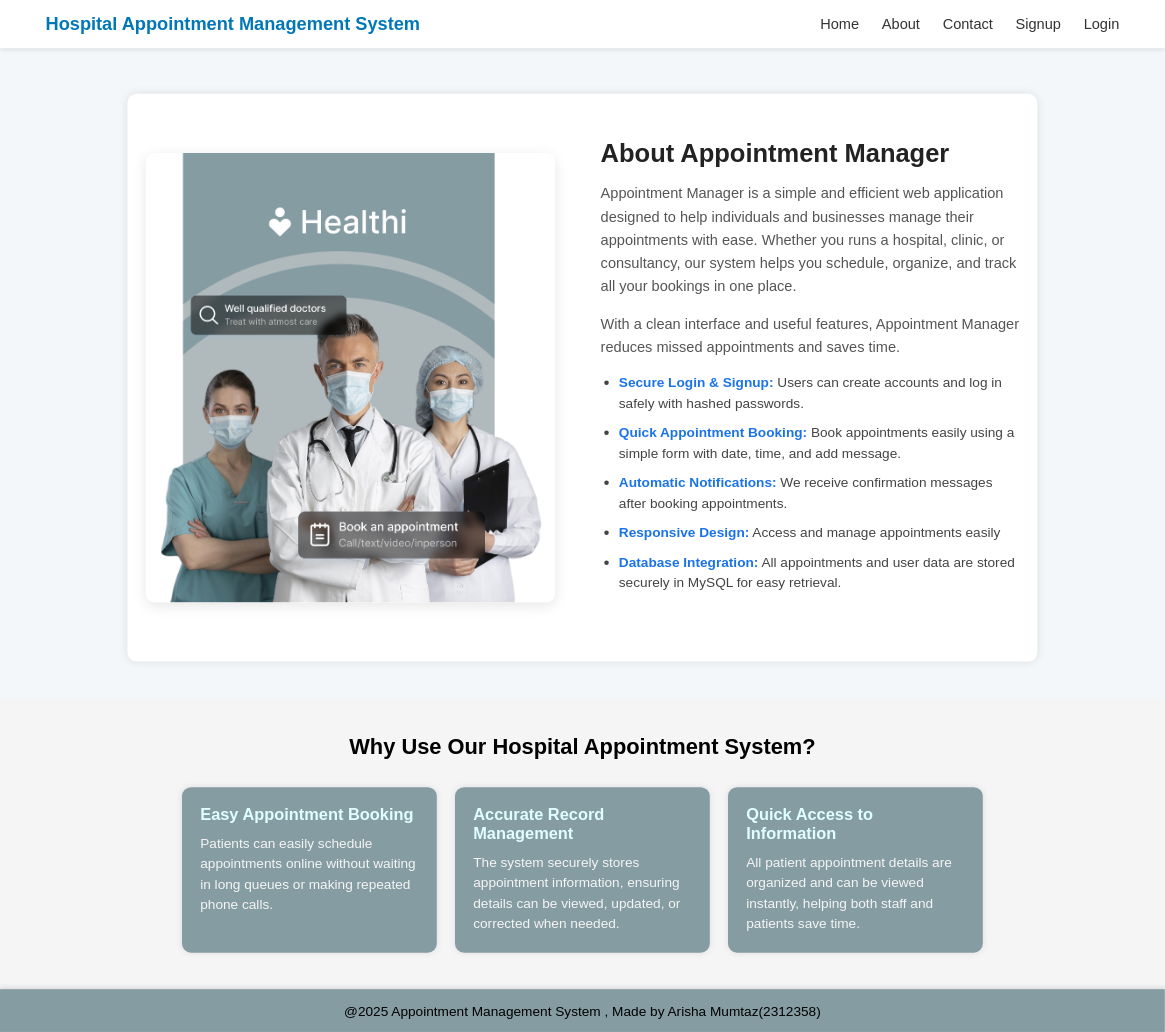
Repository: Arisha004/hospital-management-midterm-
Page: about.html
These files come from the project's save history. The page is drawn as it stood at one moment and after the next save; the edit follows.
The browser window is 1280 px wide. The pictures show the whole page, at 91% of full size.

Above is the page before, as saved 2025-11-02 19:15:39.

### about.html
<html>
<head>
    <title>Document</title>
    <link rel="stylesheet" href="style.css">
    <style>
      body{
        background-color: #f4f7fa;
        font-family: Arial, sans-serif;
        color: #333;
      }
      .navbar{
        margin-bottom: 50px;
      }
.about-cards {
  text-align: center;
  padding: 40px 20px;
  background-color: #f5f5f5;
}

.about-cards h3 {
  font-size: 24px;
  margin-bottom: 30px;
  color: black;
}

.card-container {
  display: flex;
  flex-wrap: wrap;
  justify-content: center;
  gap: 20px;
}

.card {
  background-color: #869CA3;
  width: 280px;
  padding: 20px;
  border-radius: 10px;
  box-shadow: 0 0 8px rgba(0,0,0,0.1);
  text-align: left;
}


.card h4 {
  font-size: 18px;
  margin-bottom: 10px;
  color: lightcyan;
}

.card p {
  font-size: 15px;
  color: whitesmoke;
  line-height: 1.5;
}

      </style>
</head>
<body>
      <header class="navbar">
    <div class="logo">Hospital Appointment Management System</div>
    <nav>
      <ul>
        <li><a href="landingpage.html">Home</a></li>
        <li><a href="about.html">About</a></li>
        <li><a href="contact.html">Contact</a></li>
          <li><a href="signup.php">Signup</a></li>
        <li><a href="login.php">Login</a></li>
      </ul>
    </nav>
  </header>
<div class="container about-inner">
  <div class="about-image">
    <img src="images/pic1.png" alt="About Appointment Manager">
  </div>

  <div class="about-content">
    <h2>About Appointment Manager</h2>
    <p>
      Appointment Manager is a simple and efficient web application designed to help individuals and businesses
      manage their appointments with ease. Whether you runs a hospital, clinic, or consultancy, our system
      helps you schedule, organize, and track all your bookings in one place.
    </p>
    <p>
      With a clean interface and useful features, Appointment Manager reduces missed appointments and saves time.
    </p>
    <ul class="features">
      <li><strong>Secure Login & Signup:</strong> Users can create accounts and log in safely with hashed passwords.</li>
<li><strong>Quick Appointment Booking:</strong> Book appointments easily using a simple form with date, time, and add message.</li>
<li><strong>Automatic Notifications:</strong> We receive confirmation messages after booking appointments.</li>
<li><strong>Responsive Design:</strong> Access and manage appointments easily</li>
<li><strong>Database Integration:</strong> All appointments and user data are stored securely in MySQL for easy retrieval.</li>

       </ul>
  </div>
  </div>

 <section class="about-cards">
  <h3>Why Use Our Hospital Appointment System?</h3>
  <div class="card-container">

    <div class="card">
      <h4>Easy Appointment Booking</h4>
      <p>Patients can easily schedule appointments online without waiting in long queues or making repeated phone calls.</p>
    </div>

    <div class="card">
      <h4>Accurate Record Management</h4>
      <p>The system securely stores appointment information, ensuring details can be viewed, updated, or corrected when needed.</p>
    </div>

    <div class="card">
      <h4>Quick Access to Information</h4>
      <p>All patient appointment details are organized and can be viewed instantly, helping both staff and patients save time.</p>
    </div>

  </div>
</section>



<footer>
    <p>  @2025 Appointment Management System , Made by Arisha Mumtaz(2312358)</p>
  </footer>
</body>
</html>

### style.css
/* Reset and fonts */
* {
  margin: 0;
  padding: 0;
  box-sizing: border-box; /*the content width shrinks automatically to fit inside the 200px along with padding and border.*/
  font-family: 'Poppins', sans-serif;
}
/*Keep my element width exactly what I say. If I add padding or border,
 shrink the content to fit inside.”*/

body {
  background: #869CA3;
  color: #333;
}
/* About Section */
.about {
  background-color: #f9f9f9;
  padding: 80px 0;
}

.about-inner {
  width: 85%;
  max-width: 1100px;
  margin: 0 auto;
  display: flex;
  align-items: center;
  justify-content: space-between;
  gap: 50px;
  flex-wrap: wrap; /* makes it responsive */
}

.about-image img {
  width: 100%;
  max-width: 450px;
  border-radius: 10px;
  box-shadow: 0 4px 15px rgba(0,0,0,0.1);
}

.about-content {
  flex: 1;
  min-width: 300px;
}

.about-content h2 {
  font-size: 28px;
  color: #1a73e8;
  margin-bottom: 15px;
}

.about-content p {
  font-size: 16px;
  color: #555;
  line-height: 1.6;
  margin-bottom: 20px;
}

.features {
  list-style: none;
  padding: 0;
  margin-bottom: 25px;
}

.features li {
  margin-bottom: 10px;
  color: #444;
  font-size: 15px;
  line-height: 1.5;
}

.features strong {
  color: #1a73e8;
}


/* Contact Section */
.contact {
  background-color: #f5f9ff;
  padding: 80px 0;
}

.contact-inner {
  width: 85%;
  max-width: 600px;
  margin: 0 auto;
  text-align: center;
}

.contact h2 {
  font-size: 28px;
  color: #1a73e8;
  margin-bottom: 10px;
}

.contact p {
  color: #555;
  margin-bottom: 30px;
  font-size: 15px;
  line-height: 1.6;
}

.contact-form {
  background-color: #fff;
  padding: 35px 40px;
  border-radius: 12px;
  box-shadow: 0 4px 15px rgba(0,0,0,0.08);
  text-align: left;
}

.form-group {
  margin-bottom: 18px;
}

label {
  display: block;
  font-weight: 500;
  margin-bottom: 6px;
  color: #333;
}

label span {
  color: red;
}

input, textarea {
  width: 100%;
  padding: 10px 12px;
  border: 1px solid #ccc;
  border-radius: 6px;
  font-size: 14px;
  outline: none;
  transition: border-color 0.3s ease;
}

input:focus, textarea:focus {
  border-color: #1a73e8;
  box-shadow: 0 0 5px rgba(26,115,232,0.3);
}


.contact-form .btn {
  display: inline-block;
  background-color: #869CA3;
  color: #fff;
  padding: 10px 22px;
  border: none;
  border-radius: 6px;
  cursor: pointer;
  font-weight: 500;

  margin-left: 130px;
  transition: 0.3s;
   text-align: center;
}

.contact-form .btn:hover {
  background-color: #7498a3;
}

/* Navbar */
.navbar {
  display: flex;
  justify-content: space-between;
  align-items: center;
  padding: 15px 50px;
  background: #fff;
  box-shadow: 0 2px 5px rgba(0,0,0,0.1);
  position: sticky;
  top: 0;
  z-index: 10;
}

.navbar .logo {
  font-weight: 700;
  font-size: 20px;
  color: #0077b6;
}

.navbar ul {
  display: flex;
  list-style: none;
}

.navbar ul li a {
  text-decoration: none;
  color: #333;
  margin-left: 25px;
}

.navbar ul li a:hover {
  color: #0077b6;
}

/* Split Landing Section */
.landing {
  display: flex; /*makes .landing a flex container.*/
  height: 100vh;
}


  button{

  display: inline-block;
  background-color: #869CA3;
  color: #fff;
  padding: 10px 22px;
  border: none;
  border-radius: 6px;
  cursor: pointer;
  font-weight: 500;

   text-align: center;
}

button:hover {
  background-color: #7498a3;
  transform: translateY(-2px);
}
/* Left Text Section */
.landing .left {
  flex: 1;
  width: 50%;
  display: flex;
  flex-direction: column; /*flex-direction: column; → children stack vertically.*/
  justify-content: center;
  padding: 0 70px; /*adds 70px space on left and right (inner spacing).*/
  background: #fefefe;
}


.landing .left h1 {
  font-size: 30px;
  color: #023e8a;
  margin-bottom: 20px;
}

.landing .left p {
  font-size: 20px;
  color: #555;
  margin-bottom: 30px;
  line-height: 1.6;
}

.btn {
  background: #869CA3;
  color: #fff;
  padding: 12px 25px;
  border-radius: 30px;
  text-decoration: none;
  font-weight: 300;
  transition: 0.3s;
  width: 300px;
}

.btn:hover {
  background: #7498a3;
}

/* Right Image Section */
.landing .right {
  flex: 1.5;
  background:url(images/pic1.png);
  background-repeat: no-repeat;
  background-size: cover;
  position: relative;
}





.form1-container {
  width: 520px;
  margin: 80px auto;
  background: white;
  padding: 20px;
  border-radius: 8px;
  box-shadow: 0 0 5px gray; /*box-shadow: horizontal-offset vertical-offset blur-radius color;*/
/*his shadow is directly behind the element, slightly blurred (5px), and gray in color. No shifting horizontally or vertically*/
}

.form1-container h2 {
  text-align: center;
  color: #333;
}

.form1-container label {
  display: block;
  margin-top: 10px;
  color: #555;
}

.form1-container input {
  width: 100%;
  padding: 8px;
  margin-top: 5px;
  border: 1px solid #ccc;
  border-radius: 4px;
}

.form1-container button {
  width: 100%;
  margin-top: 15px;
  padding: 10px;
  background: #869CA3;
  border: none;
  color: white;
  border-radius: 4px;
  cursor: pointer;
}

.form1-container button:hover {
  background: #7498a3;
}

.form1-container p {
  text-align: center;
  margin-top: 10px;
}

.success {
  text-align: center;
  background: #d4edda;
  color: #155724;
  padding: 8px;
  border-radius: 5px;
  margin: 10px auto;
  width: 320px;
}

.error {
  text-align: center;
  background: #f8d7da;
  color: #721c24;
  padding: 8px;
  border-radius: 5px;
  margin: 10px auto;
  width: 320px;
}

/* Footer */
footer {
  text-align: center;
  padding: 15px;
 background-color:#869CA3;
        color: black;
  box-shadow: 0 -2px 5px rgba(0,0,0,0.1);
  font-size: 15px;

}

/* --- About Section --- */
.container.about-inner {
  display: flex;
  flex-wrap: wrap;
  justify-content: center;
  align-items: center;
  padding: 50px 20px;
  background-color: #fff;
  margin: 40px auto;
  max-width: 1000px;
  border-radius: 10px;
  box-shadow: 0 0 10px rgba(0,0,0,0.1);
}


/* --- About Content --- */
.about-content {
  max-width: 600px;
}

.about-content h2 {
  font-size: 28px;
  margin-bottom: 15px;
  color: #222;
}

.about-content p {
  font-size: 16px;
  line-height: 1.6;
  margin-bottom: 15px;
}

.features {
  list-style-type: disc;
  padding-left: 20px;
}

.features li {
  margin-bottom: 10px;
}

After the next save:
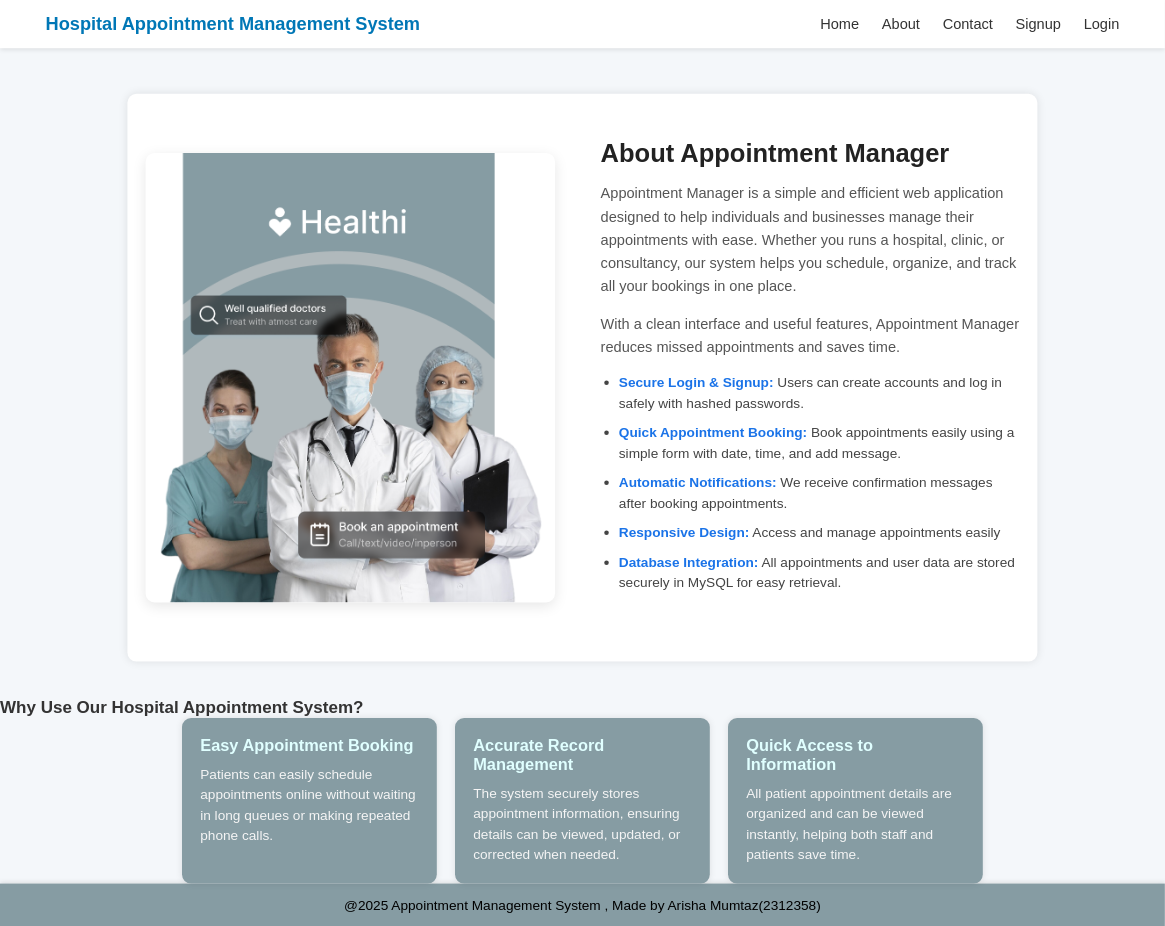
Saved 45 min 48 s later.
--- a/about.html
+++ b/about.html
@@ -93,7 +93,6 @@
   </div>
   </div>
 
- <section class="about-cards">
   <h3>Why Use Our Hospital Appointment System?</h3>
   <div class="card-container">
 

After the save that followed:
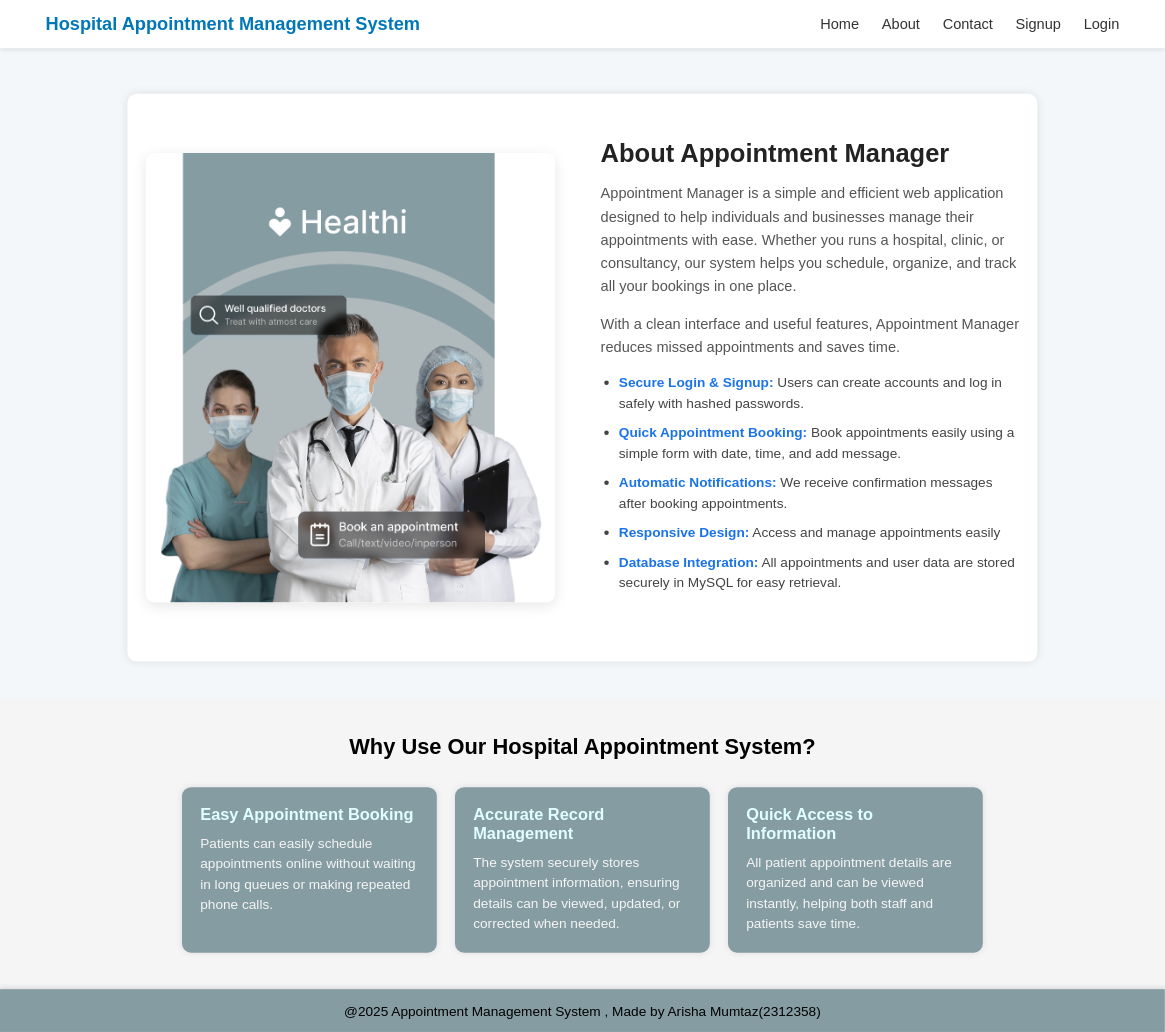
Saved 10 s later.
--- a/about.html
+++ b/about.html
@@ -93,6 +93,7 @@
   </div>
   </div>
 
+ <section class="about-cards">
   <h3>Why Use Our Hospital Appointment System?</h3>
   <div class="card-container">
 
